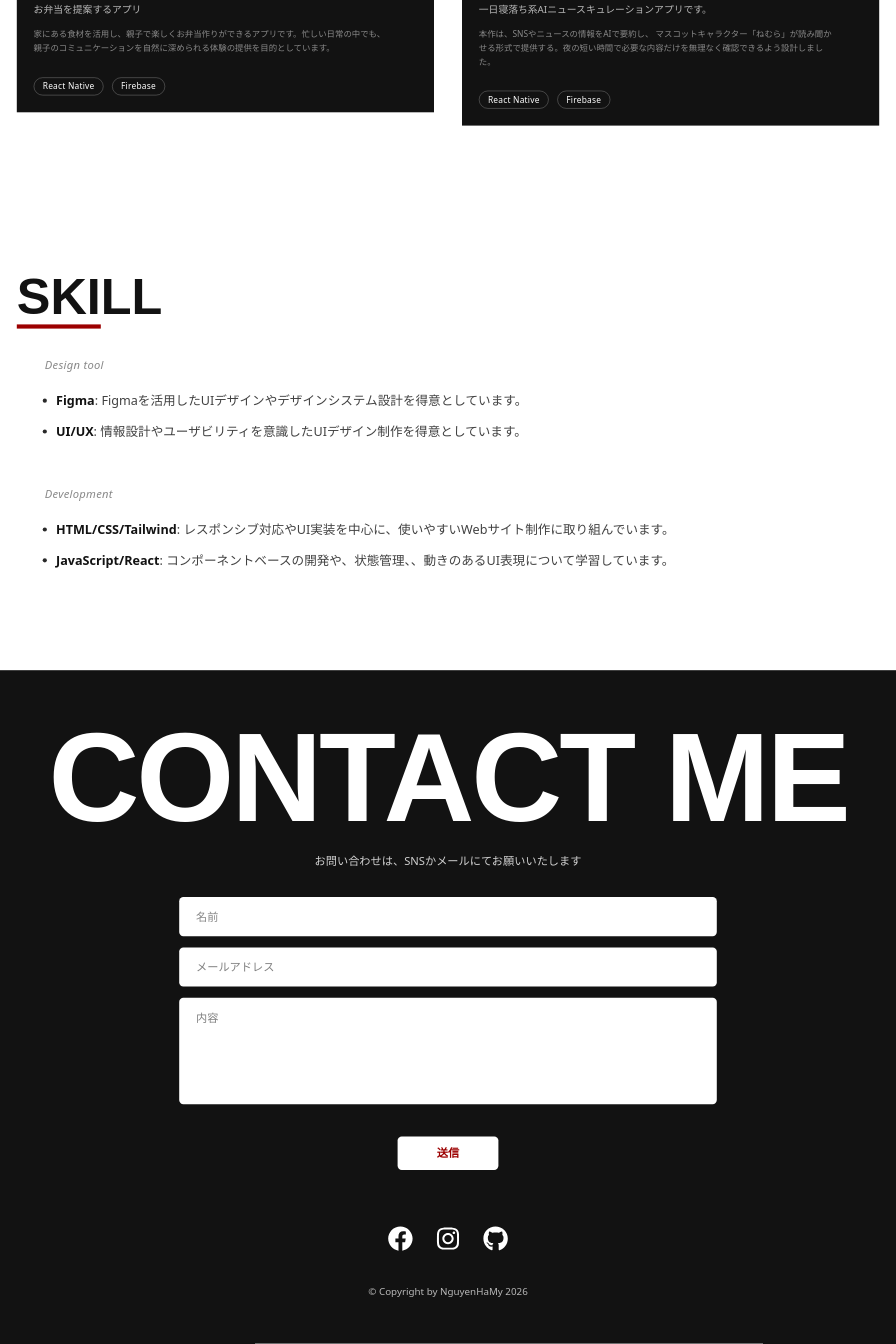
Repository: meme2603/Portfolio-HaMy
Page: / (app in my-portfolio/)
The author's editor kept a copy of each file at every save. The page is drawn from the files as they stood at one save, then again after the next save.
The browser window is 1280 px wide. The pictures show the part of the page from y = 4418 to 6338 px (the page is 6338 px tall before and 6322 px after), at 70% of full size.
Some web fonts or font styles are not loaded; a fallback is used. The project was rebuilt for these pictures with package versions that can differ from the ones it lists, and the page was loaded fresh each time. Also part of the build but not shown: my-portfolio/vite.config.js.

Above is the page before, as saved 2026-05-29 14:52:38.

### my-portfolio/index.html
<!doctype html>
<html lang="ja">
  <head>
    <meta charset="UTF-8" />

    <link rel="icon" type="image/png" href="/memex2.png" />
    <meta name="viewport" content="width=device-width, initial-scale=1.0" />
    <title>My Portfolio</title>
    <link rel="preconnect" href="https://fonts.googleapis.com" />
    <link rel="preconnect" href="https://fonts.gstatic.com" crossorigin />
    <link
      href="https://fonts.googleapis.com/css2?family=Akshar:wght@300..700&family=Poppins:wght@300;400;600;700&display=swap"
      rel="stylesheet"
    />
  </head>
  <body>
    <div id="root"></div>

    <script type="module" src="/src/main.jsx"></script>
  </body>
</html>

### my-portfolio/src/main.jsx
import React from "react";
import ReactDOM from "react-dom/client";
import App from "./App";
import "./index.css";

ReactDOM.createRoot(document.getElementById("root")).render(
  <React.StrictMode>
    <App />
  </React.StrictMode>,
);

### my-portfolio/src/App.jsx
import Header from "./components/Header";
import Hero from "./components/Hero";
import About from "./components/About";
import Projects from "./components/Projects";
import Skills from "./components/Skills";
import Contact from "./components/Contact";
function App() {
  return (
    <div className="App">
      <Header />
      <Hero />
      <About />
      <Projects />
      <Skills />
      <Contact />
    </div>
  );
}

export default App;

### my-portfolio/src/index.css
@import "tailwindcss";
@theme {
  --color-primary: #9c0000;
  --color-background: #fff;
  --color-font: #121212;

  --opacity-overlay: 0.65;
  --opacity-glass: 0.1;

  --font-poppins: "Poppins", sans-serif;
  --font-akshar: "Akshar", sans-serif;
}

### my-portfolio/src/components/Header.jsx
import { useState } from "react";
function MenuItem({ text }) {
  return (
    <li>
      <a
        href={`#${text.toLowerCase()}`}
        className="text-primary text-xl relative group transition-colors"
      >
        {text}
        <span
          className="
            absolute left-0 -bottom-[4px] w-0 h-[1px] bg-primary
            transition-all duration-300 group-hover:w-full
          "
        ></span>
      </a>
    </li>
  );
}

function Header() {
  const [isOpen, setIsOpen] = useState(false);
  const menuItems = ["About", "Projects", "Contact"];
  return (
    <header className="fixed top-0 left-0 w-full h-24 bg-background border-b border-gray-300 z-60">
      <div className="max-w-7xl mx-auto h-full px-6 flex justify-between items-center">
        <div className="shrink-0">
          <a
            href="/"
            className="text-4xl text-primary font-semibold font-akshar"
          >
            HA MY
          </a>
        </div>

        <nav className="hidden lg:block">
          <ul className="flex space-x-10">
            {menuItems.map((item) => (
              <MenuItem key={item} text={item} />
            ))}
          </ul>
        </nav>

        <button
          onClick={() => setIsOpen(!isOpen)}
          className="block lg:hidden text-primary focus:outline-none z-50"
          aria-label="Menu"
        >
          <svg
            xmlns="http://www.w3.org/2000/svg"
            className="h-8 w-8"
            fill="none"
            viewBox="0 0 24 24"
            stroke="currentColor"
          >
            <path
              strokeLinecap="round"
              strokeLinejoin="round"
              strokeWidth="2"
              d={isOpen ? "M6 18L18 6M6 6l12 12" : "M4 6h16M4 12h16M4 18h16"}
            />
          </svg>
        </button>

        <div
          className={`
            absolute top-24 left-0 w-full bg-background border-b border-gray-300
            flex flex-col items-center shadow-lg lg:hidden
            overflow-hidden transition-all duration-700 ease-in-out
            ${isOpen ? "max-h-96 opacity-100 py-8 space-y-6" : "max-h-0 opacity-0 py-0 space-y-0 border-none"}
          `}
        >
          <div className="flex flex-col items-center w-full py-6 space-y-6">
            <a
              href="#about"
              onClick={() => setIsOpen(false)}
              className="text-primary text-2xl transition-opacity duration-700"
            >
              About
            </a>
            <a
              href="#projects"
              onClick={() => setIsOpen(false)}
              className="text-primary text-2xl transition-opacity duration-700"
            >
              Projects
            </a>
            <a
              href="#contact"
              onClick={() => setIsOpen(false)}
              className="text-primary text-2xl transition-opacity duration-700"
            >
              Contact
            </a>
          </div>
        </div>
      </div>
    </header>
  );
}

export default Header;

### my-portfolio/src/components/Hero.jsx
import avatarImg from "../assets/avatar.png";
function Hero() {
  return (
    <section className="relative w-full h-[calc(100vh-88px)] mt-24 bg-background overflow-hidden flex flex-col items-center pb-16">
      <div className="w-full pt-10 pb-5 z-20">
        <h1
          className="
            text-[90px]
            md:text-[140px]
            lg:text-[210px]
            font-bold
            font-akshar
            text-center
            leading-[0.7]
            text-font
            tracking-tighter
          "
        >
          PORTFOLIO
        </h1>
      </div>

      <div className="relative w-full max-w-[1440px] flex flex-col md:flex-row items-center md:items-end justify-center z-30">
        {/* LEFT */}
        <div className="flex-1 flex justify-center pb-8 md:pb-60 lg:pb-80">
          <div className="flex flex-col items-center text-center space-y-2">
            <p className="text-sm md:text-base lg:text-lg font-poppins">Hi!</p>

            <p className="text-sm md:text-base lg:text-lg font-poppins">
              My name is{" "}
              <span className="font-semibold text-base md:text-lg lg:text-xl font-poppins">
                NGUYEN THI HA MY
              </span>
            </p>

            <p className="text-base md:text-lg lg:text-xl font-light">
              I'm from VietNam
            </p>
          </div>
        </div>

        <div className="relative flex justify-center shrink-0">
          <img
            src={avatarImg}
            alt="Ha My"
            className="
              block
              h-[320px]
              md:h-[460px]
              lg:h-[601px]
              object-cover

            "
          />
        </div>

        <div className="flex-1 flex justify-center pb-8 md:pb-60 lg:pb-80">
          <div className="flex flex-col text-center space-y-2">
            <p className="text-base md:text-lg lg:text-xl font-light">
              I'm{" "}
              <span className="font-semibold text-base md:text-lg lg:text-xl">
                UI/UX Designer
              </span>{" "}
              and
            </p>

            <p className="text-base md:text-lg lg:text-xl font-semibold font-poppins">
              Design Engineer
            </p>

            <p className="text-sm md:text-base lg:text-lg font-light font-poppins">
              Now I'm living in Japan.
            </p>
          </div>
        </div>
      </div>
      <div className="absolute h-13 bottom-0 left-0 w-full bg-font py-3 md:py-4"></div>
      <div className="relative w-full mt-0 md:mt-0 lg:-mt-40 z-40">
        <div className="relative flex justify-center leading-none -mb-8 lg:-mb-12">
          <span
            className="
              absolute
              inset-0
              flex
              justify-center
              translate-x-[4px]
              translate-y-[4px]
              lg:text-[200px]
              md:text-[110px]
              sm:text-[80px]
              font-bold
              font-akshar
              tracking-tighter
              text-font
            "
          >
            Designer
          </span>

          <h2
            className="
              relative
              lg:text-[200px]
              md:text-[110px]
              sm:text-[80px]
              font-bold
              font-akshar
              tracking-tighter
              text-primary
            "
          >
            Designer
          </h2>
        </div>
      </div>

      {/* <div
        className="absolute
                  bottom-3
                  left-1/2
                  -translate-x-1/2
                  z-50
                  px-10
                  py-0.5"
      >
        <p className="text-background text-center text-[10px] md:text-xs font-light tracking-[2px]">
          This is my portfolio. Hope you enjoy it !
        </p>
      </div> */}
    </section>
  );
}

export default Hero;

### my-portfolio/src/components/About.jsx
import aboutImg from "../assets/about.jpg";
function About() {
  return (
    <section className="relative w-full h-auto py-24 bg-background overflow-hidden mt-16">
      <div className="max-w-7xl mx-auto px-6 md:px-10">
        {/* TITLE */}
        <div className="mb-16">
          <h1 className="text-5xl md:text-6xl lg:text-7xl font-bold font-akshar text-font leading-none">
            ABOUT ME
          </h1>

          <div className="w-[80px] md:w-[100px] lg:w-[120px] lg:h-[6px] md:h-[5px] h-[4px] bg-primary mt-1"></div>
        </div>

        {/* CONTENT */}
        <div className="flex flex-col lg:flex-row items-center lg:items-start gap-16">
          {/* LEFT */}
          <div className="w-full lg:w-[380px] shrink-0">
            <div className="bg-white rounded-2xl shadow-md p-5">
              <img
                src={aboutImg}
                alt="About Me"
                className="w-full  h-[300px] object-cover rounded-xl"
              />

              <div className="mt-5">
                <h2 className="text-3xl font-akshar font-bold tracking-wide text-font">
                  NGUYEN THI HA MY
                </h2>

                <p className="text-font/70 text-lg mt-1">2001.03.30</p>
              </div>

              <div className="flex gap-3 mt-6">
                <span className="border border-font rounded-full px-4 py-2 text-sm">
                  UI/UX Designer
                </span>

                <span className="border border-font rounded-full px-4 py-2 text-sm">
                  Design Engineer
                </span>
              </div>
            </div>
          </div>

          {/* RIGHT */}
          <div className="flex-1 max-w-[760px]">
            <h2 className="text-2xl md:text-3xl font-semibold font-akshar text-primary tracking-[4px] mb-8">
              PROFILE!!
            </h2>

            <div className="space-y-6 text-font leading-[2.2] text-sm md:text-base lg:text-lg">
              <p>
                ベトナム出身の
                <span className="font-semibold">
                  グエン ティ ハ ミー（ NGUYEN THI HA MY）
                </span>
                です。
              </p>

              <p>
                現在は専門学校で、
                <span className="font-semibold">デザインやコーディング </span>
                について学びながらWeb制作やフロントエンド技術の基礎を学んでおります。
              </p>

              <p>
                2021年に来日し、最初の1年間は日本語学校で日本語を学びました。
                <br />
                その後、ビジネス専門学校に進学し、日本の文化やビジネスマナー、コミュニケーション力を身につけてまいりました。
                その中で、コンピュータの授業を通して、Webデザインという職業があることを初めて知り、興味を持つようになりました。
              </p>

              <p>
                留学生として日本とベトナム両方の文化に触れてきた経験を活かし、将来はユーザーの多様な視点やニーズを理解し、最適な体験をデザインする
                <span className="font-semibold text-primary text-xl">
                  UI/UXデザイナー
                </span>
                を目指しております。
              </p>
            </div>
          </div>
        </div>
      </div>
    </section>
  );
}
export default About;

### my-portfolio/src/components/Projects.jsx
import ProjectSection from "./ProjectSection";
import { websiteProjects, appProjects } from "./ProjectsData";

function Projects() {
  return (
    <section className="pt-20 bg-background">
      <div className="max-w-7xl mx-auto px-6">
        <h1 className="text-5xl md:text-6xl lg:text-7xl font-akshar font-bold text-font">
          PROJECTS
        </h1>
        <div className="w-[80px] md:w-[100px] lg:w-[120px] lg:h-[6px] md:h-[5px] h-[4px] bg-primary mt-1 mb-20"></div>
        <ProjectSection
          title="Website Design"
          description="学校で学んだ知識を活かし、企画からデザイン、コーディングまで一貫して制作したWebプロジェクトです。"
          projects={websiteProjects}
        />
        <ProjectSection
          title="Application Design"
          description="チームプロジェクトとして、企画からUI/UX設計までチームで共同制作したモバイルアプリです。"
          projects={appProjects}
        />
      </div>
    </section>
  );
}

export default Projects;

### my-portfolio/src/components/Skills.jsx
import { skillData } from "./ProjectsData";

function Skill() {
  return (
    <section className="w-full pt-20 pb-16">
      <div className="max-w-7xl mx-auto px-6 pb-10">
        <h2 className="text-5xl md:text-6xl lg:text-7xl font-bold font-akshar text-font leading-none">
          SKILL
        </h2>

        <div className="w-[80px] md:w-[100px] lg:w-[120px] lg:h-[6px] md:h-[5px] h-[4px] bg-primary mt-1"></div>
      </div>

      <div className="max-w-7xl mx-auto px-16 space-y-16">
        {skillData.map((group, index) => (
          <div key={index}>
            <h3 className="text-base font-medium text-font/50 mb-6 tracking-wide italic">
              {group.category}
            </h3>

            <ul className="space-y-4 pl-4">
              {group.skills.map((skill, sIndex) => (
                <li key={sIndex} className="list-disc text-font/90 text-lg">
                  <span className="font-bold text-font">{skill.name}</span>
                  <span className="text-font/80 font-light">
                    : {skill.status} {skill.desc}
                  </span>
                </li>
              ))}
            </ul>
          </div>
        ))}
      </div>
    </section>
  );
}

export default Skill;

### my-portfolio/src/components/Contact.jsx
import { FaFacebook, FaInstagram, FaGithub } from "react-icons/fa";

function Contact() {
  return (
    <section className="bg-font text-background py-16 overflow-hidden mt-20">
      <div className="max-w-7xl mx-auto px-6">
        <h1
          className="
                text-center
                font-akshar
                font-bold
                leading-none
                tracking-tight
                text-[70px]
                sm:text-[100px]
                md:text-[140px]
                lg:text-[180px]
                "
        >
          CONTACT ME
        </h1>
        <p
          className="
                text-center
                text-sm
                md:text-base
                text-white/80
                mt-4
                mb-10
                "
        >
          お問い合わせは、SNSかメールにてお願いいたします
        </p>
        <form className="max-w-3xl mx-auto">
          <input
            type="text"
            placeholder="名前"
            className="
                    w-full
                    bg-background
                    text-font
                    rounded-md
                    px-6
                    py-4
                    mb-4
                    outline-none
                "
          />
          <input
            type="email"
            placeholder="メールアドレス"
            className="
                    w-full
                    bg-white
                    text-black
                    rounded-md
                    px-6
                    py-4
                    mb-4
                    outline-none
                "
          />
          <textarea
            placeholder="内容"
            rows="5"
            className="
                    w-full
                    bg-white
                    text-black
                    rounded-md
                    px-6
                    py-4
                    outline-none
                    resize-none
                "
          ></textarea>
          <div className="flex justify-center mt-10">
            <button
              className="
                    bg-background
                    text-primary
                    px-14
                    py-3
                    rounded-md
                    font-semibold
                    transition-all
                    duration-300
                    hover:scale-105
                    "
            >
              送信
            </button>
          </div>
        </form>
        <div className="flex justify-center gap-8 mt-20 text-4xl">
          <a href="/" className="hover:scale-110 transition-all duration-300">
            <FaFacebook />
          </a>

          <a href="/" className="hover:scale-110 transition-all duration-300">
            <FaInstagram />
          </a>

          <a href="/" className="hover:scale-110 transition-all duration-300">
            <FaGithub />
          </a>
        </div>

        {/* COPYRIGHT */}
        <p
          className="
                text-center
                text-sm
                text-white/70

                mt-12
                "
        >
          © Copyright by NguyenHaMy 2026
        </p>
      </div>
    </section>
  );
}

export default Contact;

### my-portfolio/src/components/ProjectSection.jsx
import ProjectCard from "./ProjectCard";

function ProjectSection({ title, description, projects }) {
  return (
    <section className="mb-32">
      <h2
        className="
          text-[32px]
          leading-none
          font-bold
          font-akshar
          tracking-tight
          text-primary
        "
      >
        {title}
      </h2>

      <p
        className="
          mt-4
          text-font/70
          leading-relaxed
        "
      >
        {description}
      </p>

      <div className="grid grid-cols-1 md:grid-cols-2 gap-10 mt-14">
        {projects.slice(0, 4).map((project, index) => (
          <ProjectCard
            key={index}
            year={project.year}
            title={project.title}
            titleJP={project.titleJP}
            description={project.desc}
            tags={project.tags}
            image={project.img}
          />
        ))}
      </div>
    </section>
  );
}

export default ProjectSection;

### my-portfolio/src/components/ProjectsData.js
// projectsData.js
// 1. Import ảnh ở đầu file để JS hiểu đường dẫn
import portfoliothumb from "../assets/portfoliothumb.jpg";
import coffeethumb from "../assets/coffeethumb.jpg";
import sneakerthumb from "../assets/sneakerthumb.jpg";
import okayamathumb from "../assets/okayamathumb.jpg";
import nemurathumb from "../assets/nemurathumb.jpg";
import easycookthumb from "../assets/easycookthumb.jpg";

export const websiteProjects = [
  {
    year: "2025",
    title: "Coffee Shop",
    titleJP: "カフェショップサイト",
    desc: "家族みんなが安心して過ごせるカフェをテーマに、Webサイトを制作しました。",
    tags: ["Figma", "HTML", "CSS", "JavaScript"],
    img: coffeethumb,
  },
  {
    year: "2026",
    title: "Portfolio.",
    titleJP: "ポートフォリオ",
    desc: "就職活動のために制作したポートフォリオサイトです。",
    tags: ["Figma", "React", "Tailwind"],
    img: portfoliothumb,
  },
  {
    year: "2025",
    title: "Sneaker LP",
    titleJP: "スニーカーLP",
    desc: "新作スニーカーの販売に向けた、ランディングページを制作しました。",
    tags: ["Figma", "HTML", "SCSS"],
    img: sneakerthumb,
  },
  {
    year: "2025",
    title: "Okayama kankou",
    titleJP: "観光サイト",
    desc: "昔話「桃太郎」をテーマに、岡山の伝説・史実・文化を体験できる観光サイトを制作しました。",
    tags: ["Figma", "UI/UX"],
    img: okayamathumb,
  },
];

export const appProjects = [
  {
    year: "2025",
    title: "EASY COOK APP",
    titleJP: "お弁当を提案するアプリ",
    desc: "家にある食材を活用し、親子で楽しくお弁当作りができるアプリです。忙しい日常の中でも、親子のコミュニケーションを自然に深められる体験の提供を目的としています。",
    tags: ["React Native", "Firebase"],
    img: easycookthumb,
  },
  {
    year: "2025-2026",
    title: "Nemura APP",
    titleJP: "一日寝落ち系AIニュースキュレーションアプリです。",
    desc: "本作は、SNSやニュースの情報をAIで要約し、 マスコットキャラクター「ねむら」が読み聞かせる形式で提供する。夜の短い時間で必要な内容だけを無理なく確認できるよう設計しました。",
    tags: ["React Native", "Firebase"],
    img: nemurathumb,
  },
];

// skillsData.js
export const skillData = [
  {
    category: "Design tool",
    skills: [
      {
        name: "Figma",
        // status: "上級",
        desc: "Figmaを活用したUIデザインやデザインシステム設計を得意としています。",
      },
      {
        name: "UI/UX",
        // status: "上級",
        desc: "情報設計やユーザビリティを意識したUIデザイン制作を得意としています。",
      },
    ],
  },
  {
    category: "Development",
    skills: [
      {
        name: "HTML/CSS/Tailwind",
        // status: "基礎レベル",
        desc: "レスポンシブ対応やUI実装を中心に、使いやすいWebサイト制作に取り組んでいます。",
      },
      {
        name: "JavaScript/React",
        // status: "基礎知識・学習中",
        desc: "コンポーネントベースの開発や、状態管理、、動きのあるUI表現について学習しています。",
      },
    ],
  },
];

### my-portfolio/src/components/ProjectCard.jsx
// ProjectCard = component dùng để hiển thị 1 project card
function ProjectCard({ year, title, titleJP, description, tags, image }) {
  return (
    <div className="group cursor-pointer ">
      <div className="overflow-hidden bg-font">
        <img
          src={image}
          alt={title}
          className="
            w-full
            object-cover
            transition-all
            duration-500
            group-hover:scale-105
            group-hover:opacity-90
          "
        />
      </div>

      {/* INFO */}
      <div className="bg-font text-background px-6 py-6 ">
        <div className="flex items-start justify-between">
          <div>
            {/* ĐIỀN NĂM VÀO ĐÂY */}
            <p className="text-[12px] tracking-[2px] text-background/60 ">
              {year}
            </p>

            {/* ĐIỀN TIÊU ĐỀ VÀO ĐÂY */}
            <h3
              className="
                text-[40px]
                leading-none
                font-bold
                font-akshar
                tracking-tight
                mt-2
              "
            >
              {title}
            </h3>

            {/* ĐIỀN TIẾNG NHẬT VÀO ĐÂY */}
            <p className="text-sm text-background/70 mt-2">{titleJP}</p>

            {/* ĐIỀN MÔ TẢ VÀO ĐÂY */}
            <p className="text-xs text-background/50 leading-relaxed mt-4">
              {description}
            </p>
          </div>

          <div
            className="
              text-3xl
              transition-transform
              duration-300
              group-hover:translate-x-1
              group-hover:-translate-y-1
            "
          >
            ↗
          </div>
        </div>

        {/* BOTTOM - CHỖ NÀY ĐỂ HIỆN TAGS TỰ ĐỘNG NÈ */}
        <div className="mt-8 flex items-center gap-3 flex-wrap">
          {tags &&
            tags.map((tag, index) => (
              <span
                key={index}
                className="
                border
                border-background/30
                rounded-full
                px-3
                py-1
                text-xs
                tracking-wide
              "
              >
                {tag}
              </span>
            ))}
        </div>
      </div>
    </div>
  );
}

export default ProjectCard;

After the next save:
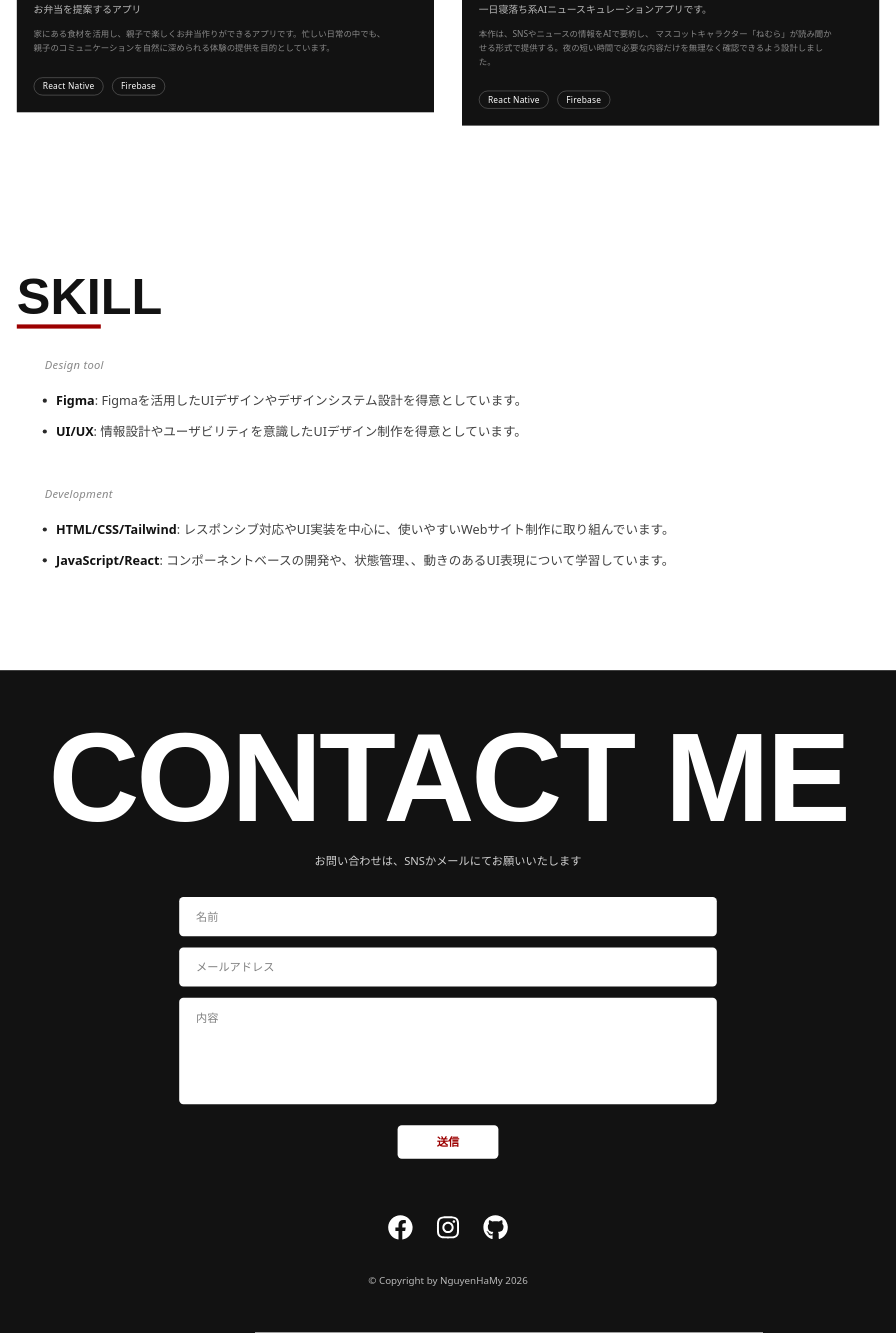
Saved 22 s later.
--- a/my-portfolio/src/components/Contact.jsx
+++ b/my-portfolio/src/components/Contact.jsx
@@ -74,7 +74,7 @@ function Contact() {
                     resize-none
                 "
           ></textarea>
-          <div className="flex justify-center mt-10">
+          <div className="flex justify-center mt-6">
             <button
               className="
                     bg-background
